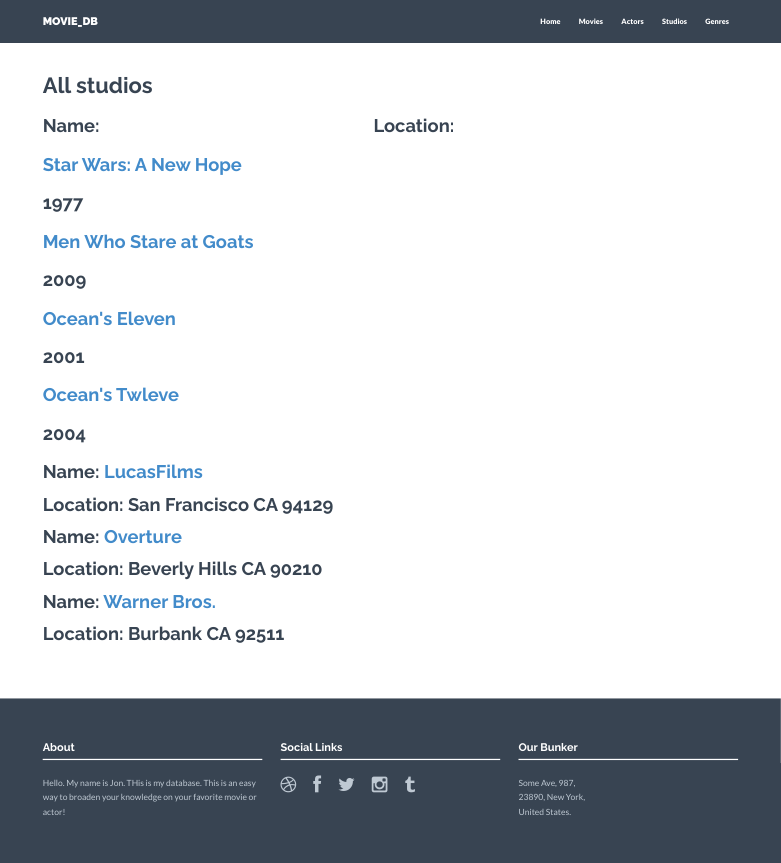
Repository: jonak91/Buzzerd-index
Page: http://localhost/studios.php
The author's editor kept a record of every edit. The page is drawn from the files as they stood at one moment, then again after the next edit.
The browser window is 1280 px wide. The pictures show the whole page, at 61% of full size.
Some web libraries are served in a nearby version. The page is run by PHP 8.4 with error messages shown; the project is at /var/www/html/. The database holds what the project's SQL file puts in it.

Above is the page before.
Not found: assets/js/modernizr.js

### studios.php
<?php require_once( 'incl/functions.php' ); ?>
<?php require_once( 'incl/header.php' ); ?>

 <div class="container mtb">
	 	<div class="row">

	 		<! -- MAIN CONTENAT AREA -->
	 		<div class="col-lg-8">
	 			<h1>All studios</h1>

		 		<table style="width:100%">

					<td><h2>Name:</h2></td> <td><h2>Location:</h2></td>
					<?php
		 		$movies = get_movies();
		 		foreach ($movies as $movie) {
		 		?>
		 		<tr>
		 		<td><h2><a href="movie.php?mID=<?php echo $movie['mID']; ?>"><?php echo $movie['title']; ?></a></h2></td>
		 		</tr>
		 		<tr>
		 		<td><h2><?php echo $movie['year_released']; ?></h2></td>
		 		</tr>
		 		<?php } ?>



					</table>

		 		<?php
		 		$studios = get_studios();
		 		foreach ($studios as $studio) { ?>
		 		<h2>Name: <a href="studio.php?sID=<?php echo $studio['sID']; ?>"><?php echo $studio['name']; ?></a></h2>
		 		<h2>Location: <?php echo $studio['city'].' '. $studio['state'].' '. $studio['zip']; ?></h2>
		 		<?php } ?>
			</div><! --/ MAIN CONTENT AREA -->

	 	</div><! --/row -->
	 </div><! --/container -->

<?php require_once( 'incl/footer.php' ); ?>

### incl/functions.php
<?php
require_once('database.php');

$host= '127.0.0.1';
$u= 'jonak91';
$p = '';
$d= 'movies';

global $db;
$db= new Database($d, $u, $p, $host);

function get_movies(){
	$db = $GLOBALS['db'];
	$results = $db->query("SELECT * FROM movies"); //updated
	return $db->resToArray($results);
}

function get_actors(){
	$db= $GLOBALS['db'];
	$results = $db->query("SELECT * FROM actors ORDER BY 'first_name'"); //updated
	return $db->resToArray($results);
}

function get_studios(){
	$db= $GLOBALS['db'];
	$results = $db->query("SELECT * FROM studio"); //updated
	return $db->resToArray($results);
}

function get_genres(){
	$db= $GLOBALS['db'];
	$results = $db->query("SELECT * FROM genre"); //updated
	return $db->resToArray($results);
}

function get_movie($mID){
	$db= $GLOBALS['db'];
	$query= "SELECT * FROM movies WHERE mID = '$mID'"; //updated
	return $db->get_row($query);
}

function get_actor($aID){
	$db= $GLOBALS['db'];
	$query= "SELECT * FROM actors WHERE aID = '$aID'"; //updated
	return $db->get_row($query);
}

function get_studio($sID){
	$db= $GLOBALS['db'];
	$query= "SELECT * FROM studio WHERE sID = '$sID'"; //updated
	return $db->get_row($query);
}

function get_genre($gID){
	$db= $GLOBALS['db'];
	$query= "SELECT * FROM genre WHERE gID = '$gID'"; //updated
	return $db->get_row($query);
}

function get_moviesfromstudio($id){  //works
	$db= $GLOBALS['db'];
	$results= $db->query("SELECT * FROM movies JOIN studio ON movies.studioID = studio.sID WHERE studio.sID = '$id'");
	return $db->resToArray($results);
}

function get_genresfrommovies($id){
	$db= $GLOBALS['db'];
	$results= $db->query("SELECT * FROM genre JOIN movie_genres ON genre.gID = movie_genres.genreID JOIN movies ON movie_genres.movieID = movies.mID WHERE movies.mID = '$id'");
	return $db->resToArray($results);
}

function get_moviesfromactor($id){ //works
	$db= $GLOBALS['db'];
	$results= $db->query("SELECT * FROM movies JOIN movie_actors ON movies.mID = movie_actors.movieID JOIN actors ON movie_actors.actorID = actors.aID WHERE actors.aID = '$id'");
	return $db->resToArray($results);
}

function get_moviesfromgenre($id){ //works
	$db= $GLOBALS['db'];
	$results= $db->query("SELECT * FROM movies JOIN movie_genres ON movies.mID = movie_genres.movieID JOIN genre ON movie_genres.genreID = genre.gID WHERE genre.gID = '$id'");
	return $db->resToArray($results);
}

function get_actorsfrommovies($id){  //works
	$db= $GLOBALS['db'];
	$results= $db->query("SELECT * FROM actors JOIN movie_actors ON actors.aID = movie_actors.actorID JOIN movies ON movie_actors.movieID = movies.mID WHERE movies.mID = '$id'");
	return $db->resToArray($results);
}

function add_movie($info){		//works
	$db= $GLOBALS['db'];
	extract($info);
	$submitted= $db->query("INSERT INTO movies VALUES('', '$title', '$year_released', '$synopsis', '$was_novel', '$studioID', CURRENT_TIMESTAMP)");

	if($submitted){
		print "<h3>$title submitted!</h3>";
	}
}

function add_actor($info){		//works
	$db= $GLOBALS['db'];
	extract($info);
	$submitted= $db->query("INSERT INTO actors VALUES('', '$first_name', '$last_name', '$bio', '$dob', '$won_oscar', CURRENT_TIMESTAMP)");

	if($submitted){
		print "<h3>$first_name $last_name submitted!</h3>";
	}
}

function add_genre($info){		//works
	$db= $GLOBALS['db'];
	extract($info);
	$submitted= $db->query("INSERT INTO genre VALUES('', '$name', CURRENT_TIMESTAMP)");

	if($submitted){
		print "<h3>$name submitted!</h3>";
	}
}

function add_studio($info){		//works
	$db= $GLOBALS['db'];
	extract($info);
	$submitted= $db->query("INSERT INTO studio VALUES('', '$name', '$city', '$state', '$zip', CURRENT_TIMESTAMP)");

	if($submitted){
		print "<h3>$name submitted!</h3>";
	}
}

function assign_atm($info){		//works
	$db= $GLOBALS['db'];
	extract($info);
	$submitted= $db->query("INSERT INTO movie_actors VALUES('', '$movie', '$actor', CURRENT_TIMESTAMP)");

	if($submitted){
		print "<h3>assigned</h3>";
	}
}

function assign_gtm($info){		//works
	$db= $GLOBALS['db'];
	extract($info);
	$submitted= $db->query("INSERT INTO movie_genres VALUES('', '$movie', '$genre', CURRENT_TIMESTAMP)");

	if($submitted){
		print "<h3>assigned</h3>";
	}
}


?>
>

### incl/database.php
<?php
class Database{
        var $dbName;
        var $user;
        var $password;
        var $host;
        var $lastID;
        var $dbConn;

        //constructor
        function __construct($db, $u, $p, $h){
                $this->dbName= $db;
                $this->user= $u;
                $this->password= $p;
                $this->host= $h;

                //metadata to get entire table list?
        }

        //any query
        function query($query){
                        $this->dbConn= new mysqli($this->host, $this->user, $this->password, $this->dbName);
                        if($this->dbConn->connect_errno > 0){
                                die('Unable to connect to database [' . $dbh->connect_error . ']');
                        }

                        $result= $this->dbConn->query($query) or die('There was an error running the query [' . $this->dbConn->error . ']');
                        $this->lastID= $this->dbConn->insert_id;
                        $this->dbConn->close();

                        return $result;
        }

        function resToArray($res){
                $data= array();
                while($info= mysqli_fetch_assoc($res)){
                        $data[]= $info;
                }

                return $data;
        }

        function get_column($query){

                $res= $this->query($query);

                $data= array();

                while($info= mysqli_fetch_assoc($res)){
                        $key= array_keys($info);
                        $key= $key[0];
                        $data[]= $info[$key];
                }

                return $data;
        }

        function get_row($query){
                $res= $this->query($query);
                $res= $this->resToArray($res);

            return ($res == false) ? $res : $res[0];
        }

        function get_var($query){
                $res= $this->query($query);

                $info= mysqli_fetch_array($res);

                return $info[0];
        }


        function get_mysql_timestamp(){
                return date('Y-m-d H:i:s', time());
        }

        function print_array( $a ) {
        ?>
          <pre>
          <?php var_dump( $a ); ?>
          </pre>
        <?php
        }


        function clean_array($info){
                foreach($info as $key => $val){
                        $info["$key"]= $this->clean($val);
                }

                return $info;
        }


        function clean($a){
                $this->dbConn= new mysqli($this->host, $this->user, $this->password, $this->dbName);
                $a= $this->dbConn->real_escape_string($a);
                $this->dbConn->close();

                return $a;
        }

}


?>

### incl/header.php
<!DOCTYPE html>
<html lang="en">
  <head>
    <meta charset="utf-8">
    <meta http-equiv="X-UA-Compatible" content="IE=edge">
    <meta name="viewport" content="width=device-width, initial-scale=1">
    <meta name="description" content="">
    <meta name="author" content="">
    <link rel="shortcut icon" href="assets/ico/favicon.ico">

    <title>SOLID - Bootstrap 3 Theme</title>

    <!-- Bootstrap core CSS -->
    <link href="assets/css/bootstrap.css" rel="stylesheet">

    <!-- Custom styles for this template -->
    <link href="assets/css/style.css" rel="stylesheet">
    <link href="assets/css/font-awesome.min.css" rel="stylesheet">


    <!-- Just for debugging purposes. Don't actually copy this line! -->
    <!--[if lt IE 9]><script src="../../assets/js/ie8-responsive-file-warning.js"></script><![endif]-->

    <!-- HTML5 shim and Respond.js IE8 support of HTML5 elements and media queries -->
    <!--[if lt IE 9]>
      <script src="https://oss.maxcdn.com/libs/html5shiv/3.7.0/html5shiv.js"></script>
      <script src="https://oss.maxcdn.com/libs/respond.js/1.4.2/respond.min.js"></script>
    <![endif]-->

    <script src="assets/js/modernizr.js"></script>
  </head>

  <body>

    <!-- Fixed navbar -->
    <div class="navbar navbar-default navbar-fixed-top" role="navigation">
      <div class="container">
        <div class="navbar-header">
          <button type="button" class="navbar-toggle" data-toggle="collapse" data-target=".navbar-collapse">
            <span class="sr-only">Toggle navigation</span>
            <span class="icon-bar"></span>
            <span class="icon-bar"></span>
            <span class="icon-bar"></span>
          </button>
          <a class="navbar-brand" href="index.php">MOVIE_DB</a>
        </div>
        <div class="navbar-collapse collapse navbar-right">
          <ul class="nav navbar-nav">
            <li><a href="index.php">Home</a></li>
            <li><a href="movies.php">Movies</a></li>
            <li><a href="actors.php">Actors</a></li>
            <li><a href="studios.php">Studios</a></li>
            <li><a href="genres.php">Genres</a></li>
          </ul>
        </div><!--/.nav-collapse -->
      </div>
    </div>

### incl/footer.php


	<!-- *****************************************************************************************************************
	 FOOTER
	 ***************************************************************************************************************** -->
	 <div id="footerwrap">
	 	<div class="container">
		 	<div class="row">
		 		<div class="col-lg-4">
		 			<h4>About</h4>
		 			<div class="hline-w"></div>
		 			<p>Hello. My name is Jon. THis is my database. This is an easy way to broaden your knowledge on your favorite movie or actor!</p>
		 		</div>
		 		<div class="col-lg-4">
		 			<h4>Social Links</h4>
		 			<div class="hline-w"></div>
		 			<p>
		 				<a href="#"><i class="fa fa-dribbble"></i></a>
		 				<a href="#"><i class="fa fa-facebook"></i></a>
		 				<a href="#"><i class="fa fa-twitter"></i></a>
		 				<a href="#"><i class="fa fa-instagram"></i></a>
		 				<a href="#"><i class="fa fa-tumblr"></i></a>
		 			</p>
		 		</div>
		 		<div class="col-lg-4">
		 			<h4>Our Bunker</h4>
		 			<div class="hline-w"></div>
		 			<p>
		 				Some Ave, 987,<br/>
		 				23890, New York,<br/>
		 				United States.<br/>
		 			</p>
		 		</div>

		 	</div><! --/row -->
	 	</div><! --/container -->
	 </div><! --/footerwrap -->

    <!-- Bootstrap core JavaScript
    ================================================== -->
    <!-- Placed at the end of the document so the pages load faster -->
    <script src="https://ajax.googleapis.com/ajax/libs/jquery/1.11.0/jquery.min.js"></script>
    <script src="assets/js/bootstrap.min.js"></script>
	<script src="assets/js/retina-1.1.0.js"></script>
	<script src="assets/js/jquery.hoverdir.js"></script>
	<script src="assets/js/jquery.hoverex.min.js"></script>
	<script src="assets/js/jquery.prettyPhoto.js"></script>
  	<script src="assets/js/jquery.isotope.min.js"></script>
  	<script src="assets/js/custom.js"></script>


  </body>
</html>

### assets/css/style.css
/*	################################################################

	Author: Carlos Alvarez
	URL: http://alvarez.is

	Project Name: SOLID - Bootstrap 3 Theme
	Version: 1.0
	URL: http://alvarez.is

################################################################# */
@import url(http://fonts.googleapis.com/css?family=Raleway:400,700,900);
@import url(http://fonts.googleapis.com/css?family=Lato:400,900);
@import url("prettyPhoto.css") screen;
@import url("hoverex-all.css") screen;

/*	################################################################
	1. GENERAL STRUCTURES
################################################################# */
	* {
		margin: 0;
		padding: 0px;
	}

body {
	background: #ffffff;
	margin: 0;
	height: 100%;
	color: #384452;
	font-family: 'Lato', sans-serif;
	font-weight: 400;
	}

h1, h2, h3, h4, h5, h6 {
	font-family: 'Raleway', sans-serif;
	font-weight: 700;
}

p {
	padding: 0;
	margin-bottom: 12px;
	font-family: 'Lato', sans-serif;
	font-weight: 400;
	font-size: 14px;
	line-height: 24px;
	color: #384452;
	margin-top: 10px;
}

img {
	height: auto;
	max-width: 100%;
}

a {
	padding: 0;
	margin: 0;
	text-decoration: none;
	-webkit-transition: background-color .4s linear, color .4s linear;
	-moz-transition: background-color .4s linear, color .4s linear;
	-o-transition: background-color .4s linear, color .4s linear;
	-ms-transition: background-color .4s linear, color .4s linear;
	transition: background-color .4s linear, color .4s linear;
}
a:hover,
a:focus {
  text-decoration: none;
  color:#01b2fe;
}

::-moz-selection  {
	color: #fff;
	text-shadow:none;
	background:#2B2E31;
}
::selection {
	color: #fff;
	text-shadow:none;
	background:#2B2E31;
}

.centered {
	text-align: center
}

/*	################################################################
	BOOTSTRAP MODIFICATIONS & TWEAKS
################################################################# */
.navbar {
	min-height: 70px;
	padding-top: 10px;
	margin-bottom: 0px;
}

.navbar-brand {
	font-family: 'Raleway', sans-serif;
	font-weight: 900;
}

.navbar-header .navbar-brand {
	color: white;
}

.navbar-default .navbar-nav > li > a {
	color: white;
	font-weight: 700;
	font-size: 12px;
}

.navbar-default .navbar-nav > li > a:hover {
	color: #00b3fe;
}

.navbar-default .navbar-nav > .active > a, .navbar-default .navbar-nav > .active > a:hover, .navbar-default .navbar-nav > .active > a:focus {
	color: #00b3fe;
	background-color: transparent;
}

.navbar-default {
	background-color: #384452;
	border-color: transparent;
}

.dropdown-menu {
	background: #384452;
}

.dropdown-menu > li > a {
	color: white;
	font-weight: 700;
	font-size: 12px;
}

.btn-theme {
  color: #fff;
  background-color: #384452;
  border-color: #384452;
  margin: 4px;
}
.btn-theme:hover,
.btn-theme:focus,
.btn-theme:active,
.btn-theme.active,
.open .dropdown-toggle.btn-theme {
  color: #fff;
  background-color: #00b3fe;
  border-color: #00b3fe;
}

.dmbutton:hover,
.dmbutton:active,
.dmbutton:focus{
	color: #ffffff;
	background-color: #222222;
	border-color: #ffffff;
}
.dmbutton {
	background:rgba(0, 0, 0, 0);
	border: 1px solid #ffffff;
	color: #ffffff;
	-webkit-border-radius: 2px;
	border-radius: 2px;
	padding-top: 1.025rem;
	padding-right: 2.25rem;
	letter-spacing:0.85px;
	padding-bottom: 1.0875rem;
	padding-left: 2.25rem;
	font-size: 1.55rem;
	cursor: pointer;
	font-weight: normal;
	line-height: normal;
	margin: 0 0 1.25rem;
	text-decoration: none;
	text-align: center;
	display: inline-block;
	-webkit-transition: background-color 300ms ease-out;
	-moz-transition: background-color 300ms ease-out;
	transition: background-color 300ms ease-out;
	-webkit-appearance: none;
	font-weight: normal !important;
}

.mtb {
	margin-top: 80px;
	margin-bottom: 80px;
}

.mb {
	margin-bottom: 60px;
}

.mt {
	margin-top: 60px;
}

.hline {
	border-bottom: 2px solid #384452;
}

.hline-w {
	border-bottom: 2px solid #ffffff;
	margin-bottom: 25px;
}
/*	################################################################
	SITE WRAPS
################################################################# */

#headerwrap {
	background-color: #00b3fe;
	min-height: 550px;
	padding-top: 100px;
	padding-bottom: 0px;
	text-align: center;
}

#headerwrap h3, h5 {
	color: white;
	font-weight: 400;
}

#headerwrap h1 {
	color: white;
	margin-bottom: 25px;
}

#headerwrap .img-responsive {
	margin: 0 auto;
}

/* Services Wrap */
#service {
	margin-top: 100px;
	margin-bottom: 80px;
}

#service i {
	color: #00b3fe;
	font-size: 60px;
	padding: 15px;
}

/* Portfolio Wrap */
#portfoliowrap {
	padding-top: 60px;
	margin-bottom: 60px;
	display: block;
	text-align: center
}

#portfoliowrap h3 {
	margin-bottom: 25px;
}

.portfolio {
	padding:0 !important;
	margin:0 !important;
	display:block;
}


.portfolio-item .title:before {border-radius:0; display:none}
.portfolio-item p {margin:0px 0 30px;}
.portfolio-item h3 {margin:-10px 0 10px; font-size:16px; text-transform:uppercase;}


.tpl6 h3
{
	color:#fff;
	margin:0;
	padding:40px 5px 0;
	font-size:16px;
	text-transform:uppercase;
}
.tpl6 .dmbutton
{
	display:inline-block;
	margin:30px 5px 20px 5px;
	font-size:13px;
}

.tpl6 .bg
{
	height:100%;
	width:100%;
	background-color:#00b3fe;
	background-color:rgba(0,179,254,.9);
	text-align:center;
}

/* Testimonials Wrap */
#twrap {
	background: url(../img/t-back.jpg) no-repeat center top;
	margin-top: 0px;
	padding-top:60px;
	text-align:center;
	background-attachment: relative;
	background-position: center center;
	min-height: 450px;
	width: 100%;

    -webkit-background-size: 100%;
    -moz-background-size: 100%;
    -o-background-size: 100%;
    background-size: 100%;

    -webkit-background-size: cover;
    -moz-background-size: cover;
    -o-background-size: cover;
    background-size: cover;
}

#twrap i {
	font-size: 50px;
	color: white;
	margin-bottom: 25px;
}

#twrap p {
	color: white;
	font-size: 15px;
	line-height: 30px;
}

/* clients logo */
#cwrap {
	background: #f7f7f7;
	margin-top: 0px;
	padding-top: 80px;
	padding-bottom: 100px;
}

#cwrap h3 {
	margin-bottom: 60px;
}

/* Footer */
#footerwrap {
	padding-top: 60px;
	padding-bottom: 60px;
	background: #384452;
}

#footerwrap p {
	color: #bfc9d3;
}

#footerwrap h4 {
	color: white;
}

#footerwrap i {
	font-size: 30px;
	color: #bfc9d3;
	padding-right: 25px;
}

#footerwrap i:hover {
	color: #00b3fe
}

/*	################################################################
	PAGE CONFIGURATIONS
################################################################# */
/* General Tweaks */

#blue {
	background: #00b3fe;
	margin-top: 60px;
	margin-bottom: 60px;
	padding-top: 25px;
	padding-bottom: 25px;
}

#blue h3 {
	color: white;
	margin-left: 15px;
}

.ctitle {
	color: #00b3fe;
	font-weight: 700;
	margin-bottom: 15px;
}

csmall {
	font-size: 12px;
	color: #b3b3b3;
}
csmall2 {
	font-size: 12px;
	color: #f39c12
}

.spacing {
	margin-top: 40px;
	margin-bottom: 40px;
}

.badge-theme {
	background: #00b3fe;
}

/* Contact Page */
#contactwrap {
	background: url(../img/contact.jpg) no-repeat center top;
	margin-top: -60px;
	padding-top:0px;
	text-align:center;
	background-attachment: relative;
	background-position: center center;
	min-height: 400px;
	width: 100%;

    -webkit-background-size: 100%;
    -moz-background-size: 100%;
    -o-background-size: 100%;
    background-size: 100%;

    -webkit-background-size: cover;
    -moz-background-size: cover;
    -o-background-size: cover;
    background-size: cover;
}

/* Blog Page */
.popular-posts {
	margin: 0px;
	padding-left: 0px;
	}

.popular-posts li {
	list-style: none;
	margin-bottom: 20px;
	min-height: 70px;
}
.popular-posts li a,
.popular-posts li a:hover {
	color:#2f2f2f;
	text-decoration: none;
	}

.popular-posts li img {
	float: left;
	margin-right: 20px;
	}

.popular-posts li em {
	font-family: 'Lato', sans-serif;
	font-size: 12px;
	color: #b3b3b3
	}

.popular-posts p {
	line-height: normal;
	margin-bottom: auto;
}

.share i {
	padding-right: 15px;
	font-size: 18px;
}

### job.sql (the tables this page reads)
CREATE TABLE IF NOT EXISTS `movies` (
`mID` mediumint(9) NOT NULL,
  `title` varchar(50) NOT NULL,
  `year_released` year(4) NOT NULL,
  `synopsis` longtext NOT NULL,
  `was_novel` tinyint(4) NOT NULL,
  `studioID` mediumint(9) NOT NULL,
  `timestamp` timestamp NOT NULL DEFAULT CURRENT_TIMESTAMP ON UPDATE CURRENT_TIMESTAMP
) ENGINE=InnoDB AUTO_INCREMENT=5 DEFAULT CHARSET=latin1;

INSERT INTO `movies` (`mID`, `title`, `year_released`, `synopsis`, `was_novel`, `studioID`, `timestamp`) VALUES
(1, 'Star Wars: A New Hope', 1977, 'Hokey religions and ancient weapons are no match for a good blaster at your side, kid. You''re all clear, kid. Let''s blow this thing and go home! I suggest you try it again, Luke. This time, let go your conscious self and act on instinct.', 0, 1, '2014-11-21 13:13:25'),
(2, 'Men Who Stare at Goats', 2009, 'Did you dress her up like this? Who''s that then? I''m not a witch. But you are dressed as oneâ€¦ Well, how''d you become king, then?', 1, 2, '2014-11-21 13:13:25'),
(3, 'Ocean''s Eleven', 2001, 'Ut enim ad minim veniam, quis nostrud exercitation ullamco. Sed ut perspiciatis unde omnis iste natus error sit voluptatem. Cupiditate non provident, similique sunt in culpa qui officia deserunt mollitia. Ut enim ad minima veniam, quis nostrum exercitationem ullam corporis suscipit laboriosam.', 0, 3, '2014-11-21 13:21:49'),
(4, 'Ocean''s Twleve', 2004, 'Eaque ipsa quae ab illo inventore veritatis et quasi. Architecto beatae vitae dicta sunt explicabo. Et iusto odio dignissimos ducimus qui blanditiis praesentium voluptatum deleniti atque. Cupiditate non provident, similique sunt in culpa qui officia deserunt mollitia. Fugiat quo voluptas nulla pariatur? Nihil molestiae consequatur, vel illum qui dolorem eum.', 0, 3, '2014-11-21 13:21:49');

ALTER TABLE `movies`
 ADD PRIMARY KEY (`mID`);

ALTER TABLE `movies`
MODIFY `mID` mediumint(9) NOT NULL AUTO_INCREMENT,AUTO_INCREMENT=5;

CREATE TABLE IF NOT EXISTS `studio` (
`sID` mediumint(9) NOT NULL,
  `name` varchar(40) NOT NULL,
  `city` varchar(30) NOT NULL,
  `state` varchar(2) NOT NULL,
  `zip` varchar(10) NOT NULL,
  `timestamp` timestamp NOT NULL DEFAULT CURRENT_TIMESTAMP ON UPDATE CURRENT_TIMESTAMP
) ENGINE=InnoDB AUTO_INCREMENT=4 DEFAULT CHARSET=latin1;

INSERT INTO `studio` (`sID`, `name`, `city`, `state`, `zip`, `timestamp`) VALUES
(1, 'LucasFilms', 'San Francisco', 'CA', '94129', '2014-11-21 13:11:14'),
(2, 'Overture', 'Beverly Hills', 'CA', '90210', '2014-11-21 13:11:14'),
(3, 'Warner Bros.', 'Burbank ', 'CA', '92511', '2014-11-21 13:23:26');

ALTER TABLE `studio`
 ADD PRIMARY KEY (`sID`);

ALTER TABLE `studio`
MODIFY `sID` mediumint(9) NOT NULL AUTO_INCREMENT,AUTO_INCREMENT=4;

Loaded but not shown: assets/css/bootstrap.css (library); assets/css/font-awesome.min.css (library); assets/js/bootstrap.min.js (library); assets/js/jquery.hoverdir.js (library); assets/js/jquery.hoverex.min.js (library); assets/js/jquery.prettyPhoto.js (library); assets/js/jquery.isotope.min.js (library); assets/js/custom.js (common file); assets/js/retina-1.1.0.js (151 lines, source omitted); assets/css/hoverex-all.css (2838 lines, source omitted); assets/css/prettyPhoto.css (170 lines, source omitted)

After the next edit:
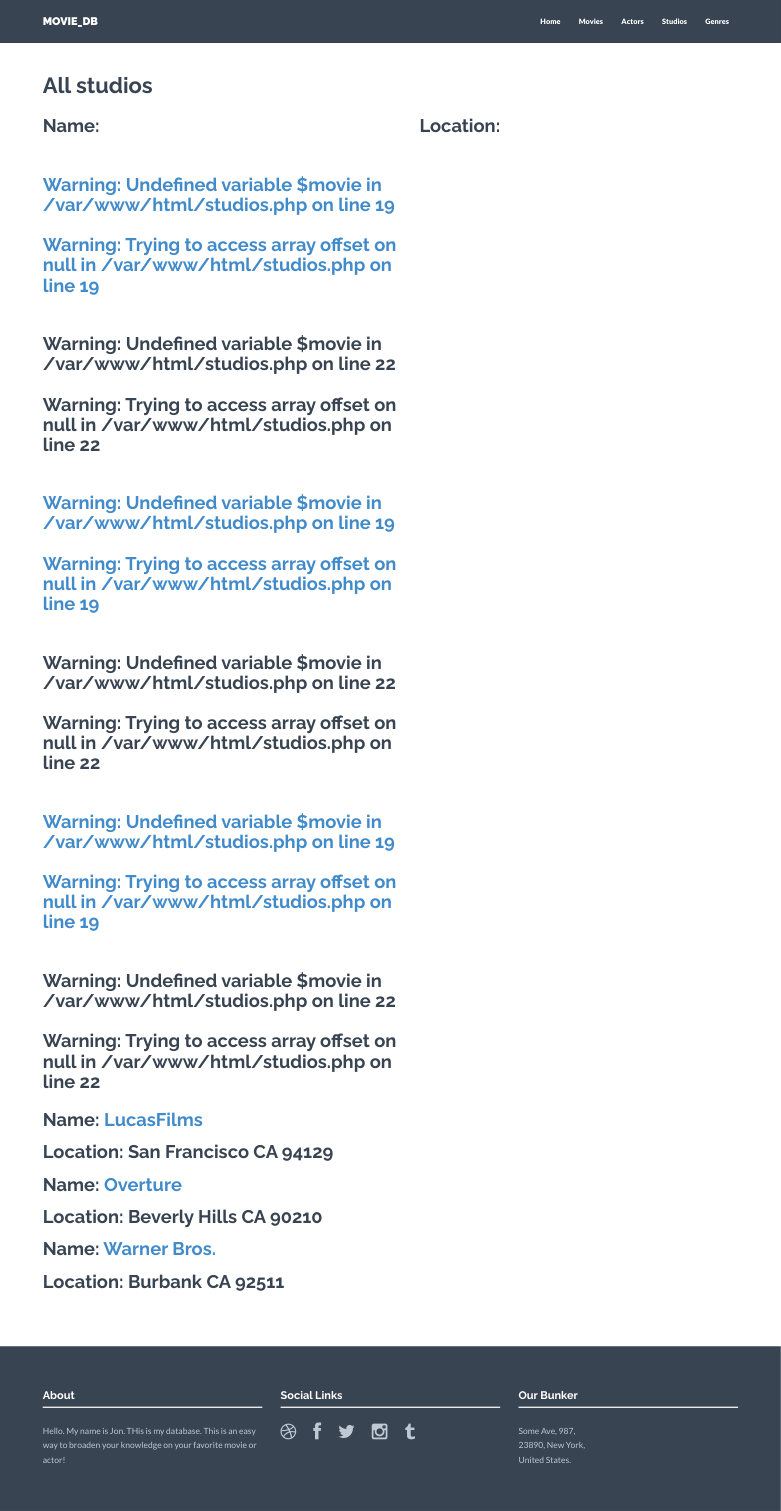
The edit:
--- a/studios.php
+++ b/studios.php
@@ -12,8 +12,8 @@
 
 					<td><h2>Name:</h2></td> <td><h2>Location:</h2></td>
 					<?php
-		 		$movies = get_movies();
-		 		foreach ($movies as $movie) {
+		 		$studios = get_studios();
+		 		foreach ($studios as $studio) {
 		 		?>
 		 		<tr>
 		 		<td><h2><a href="movie.php?mID=<?php echo $movie['mID']; ?>"><?php echo $movie['title']; ?></a></h2></td>
